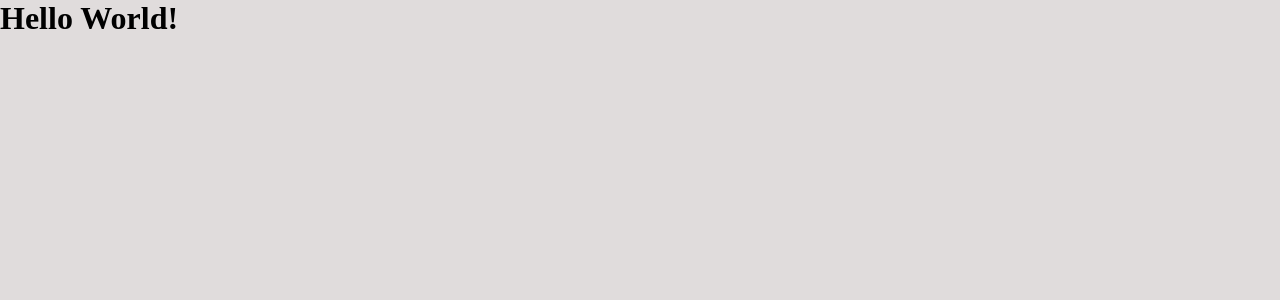
Repository: brunobfuhr/P-gina-Din-nmica---React
Page: / (app in feed/)
These files come from the project's save history. The page is drawn as it stood at one moment and after the next save; the edit follows.
The browser window is 1280 px wide. The pictures show the whole page.
The project was rebuilt for these pictures with package versions that can differ from the ones it lists, and the page was loaded fresh each time. Also part of the build but not shown: feed/vite.config.js.

Above is the page before, as saved 2022-09-28 16:03:00.

### feed/src/App.jsx
import './assets/global.css';

function App() {

  return (
    <h1>Hello World!</h1>


  )
}

export default App

### feed/src/assets/global.css
:root {
    --white: #fff;
    --gray-100: #e0dcdc;
    --gray-300: #c4c4cc;
    --gray-400: #8d8d99;
    --gray-500: #4F4F5A;
    --gray-600: #323238;
    --gray-700: #29292e;
    --gray-800: #202024;
    --gray-900: #141419;

    --green-100: #49efa7;
    --green-200: #3CD593;
  }

  * {
    margin: 0;
    padding: 0;
    box-sizing: border-box;
  }

  body {
    background: var(--gray-100);
  }

Loaded but not shown: feed/index.html (common file); feed/src/main.jsx (common file)

After the next save:
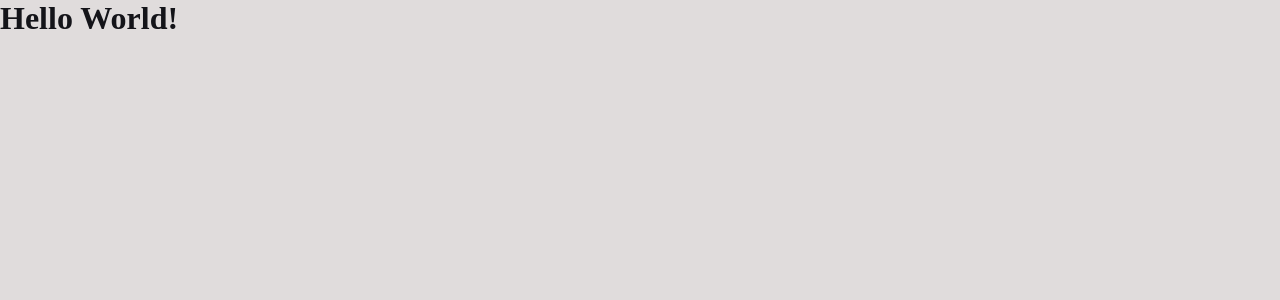
Saved 45 s later.
--- a/feed/src/assets/global.css
+++ b/feed/src/assets/global.css
@@ -21,4 +21,5 @@
 
   body {
     background: var(--gray-100);
+    color: var(--gray-900);
   }
